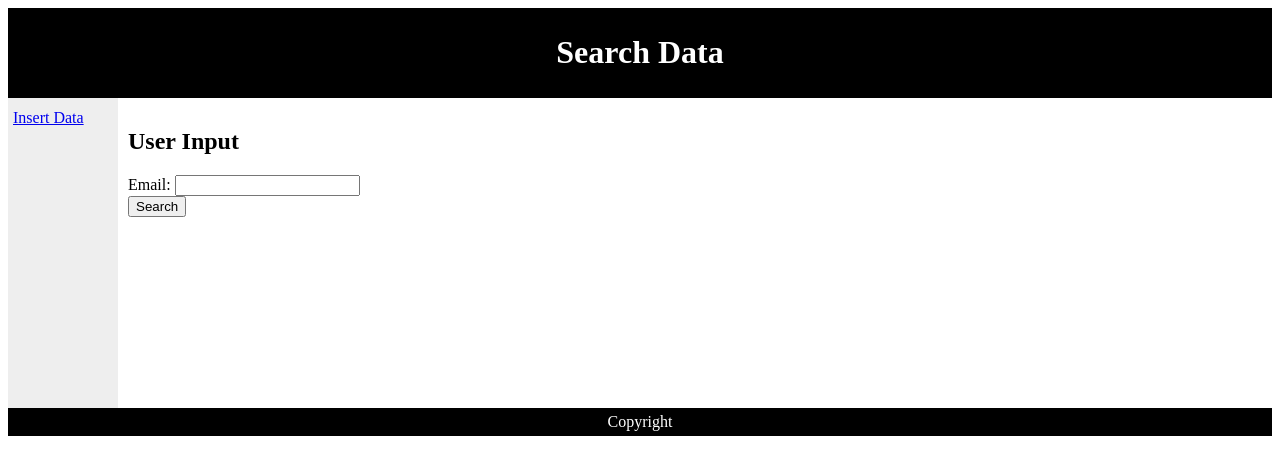
Repository: moonBird71/CSCI4830
Page: workspace_CSCI4830_0129/webproject_Liu_0129/WebContent/search_Liu.html
These files come from the project's save history. The page is drawn as it stood at one moment and after the next save; the edit follows.
The browser window is 1280 px wide. The pictures show the whole page.

Above is the page before, as saved 2019-01-30 00:06:10.

After the next save:
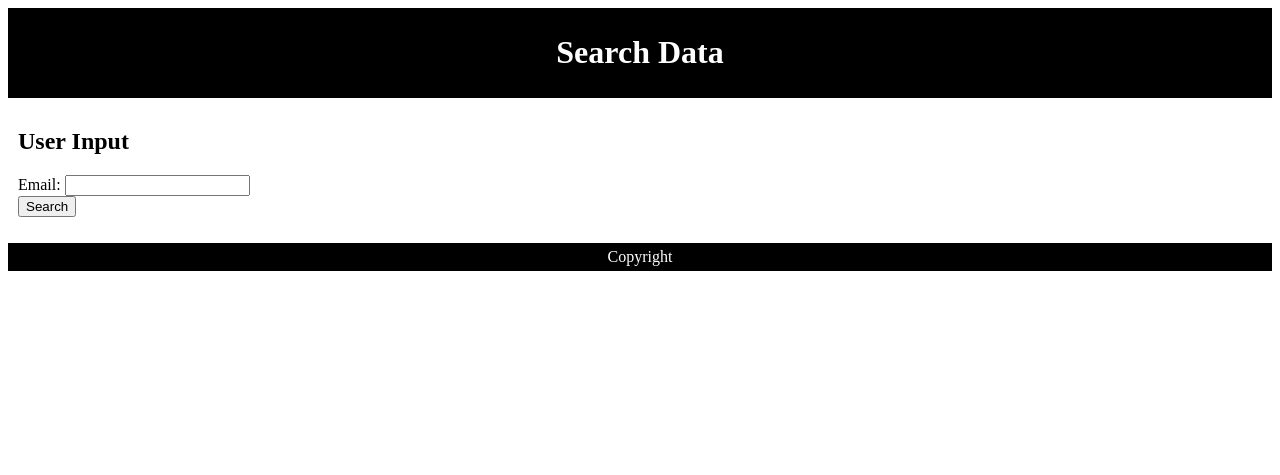
Saved 3 h 2 min later.
--- a/workspace_CSCI4830_0129/webproject_Liu_0129/WebContent/search_Liu.html
+++ b/workspace_CSCI4830_0129/webproject_Liu_0129/WebContent/search_Liu.html
@@ -34,19 +34,19 @@ footer {
 <header>
 <h1> Search Data </h1>
 </header>
-
+<!--
 <nav>
 <a href="/webproject/simpleFormInsert.html">Insert Data</a> <br>
 </nav>
-
+-->
 <section>
 	<h1>User Input</h1>
 
 	<form action="search" method="POST">
 
-		Email: <input type="text" name="keyword"> <br />
+		Email: <input type="search" name="keyword"> <br />
 
-		<input type="submit" value="Search" />
+		<input type="submit" value="Search"/>
 	</form>
 
 </section>
